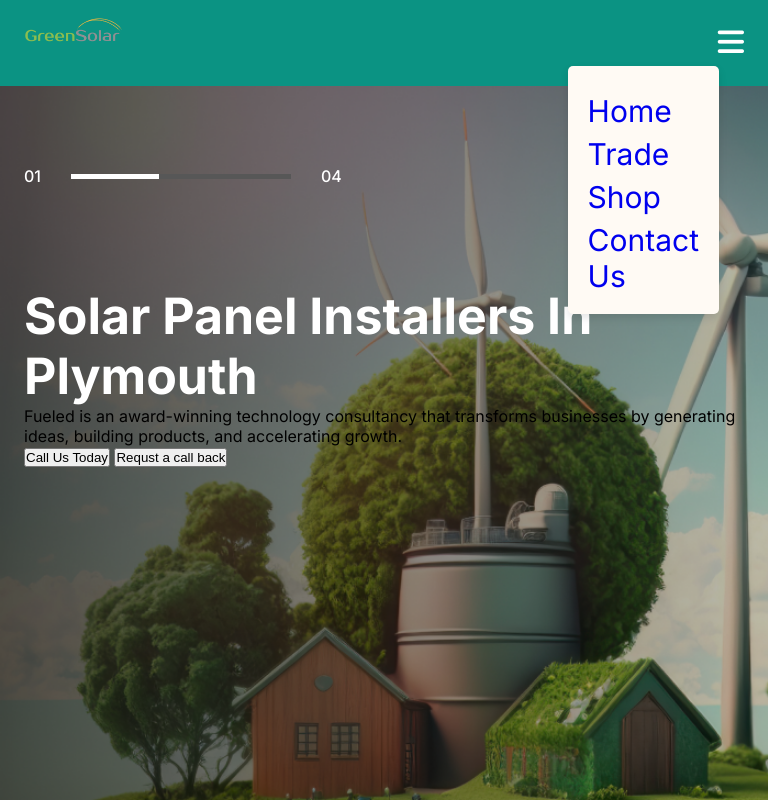
Repository: zeinawady/Solar-Company-Template
Page: index.html
An editor plug-in stored every save of this project. The page is shown before and after the next save, followed by the edit.
The browser window is 768 px wide. The pictures show the whole page.
The pointer rests on the first visible `.burger`.

Above is the page before, as saved 2024-09-17 17:17:23.

After the next save:
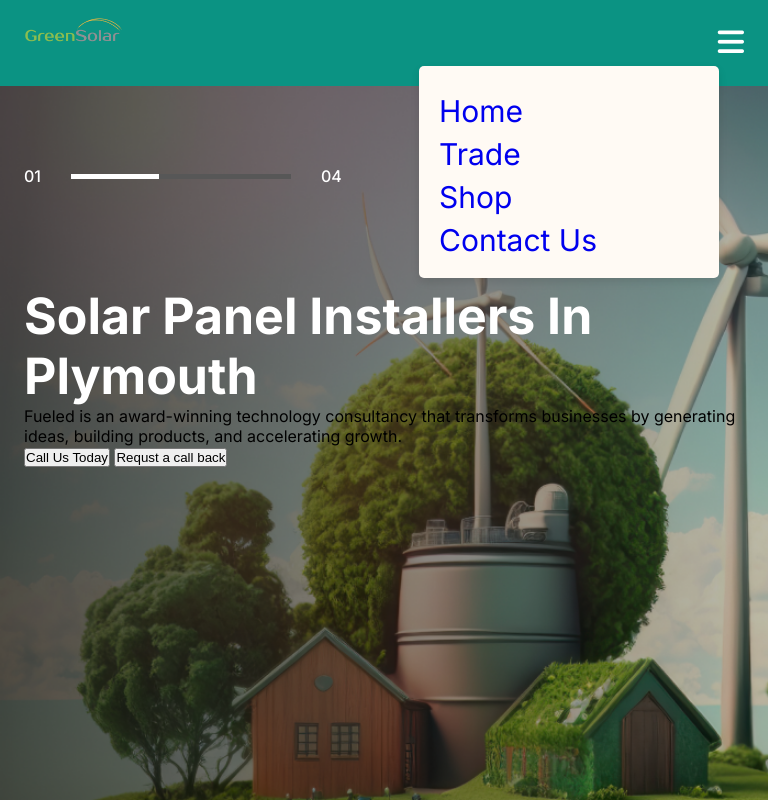
Saved 35 s later.
--- a/css/style.css
+++ b/css/style.css
@@ -104,6 +104,7 @@
         border-radius: 5px;
         padding: 20px;
         box-shadow: 0 4px 8px rgba(0, 0, 0, 0.1);
+        width: 300px;
     }
     .navHover li{
         padding-top: 7px;

After the save that followed:
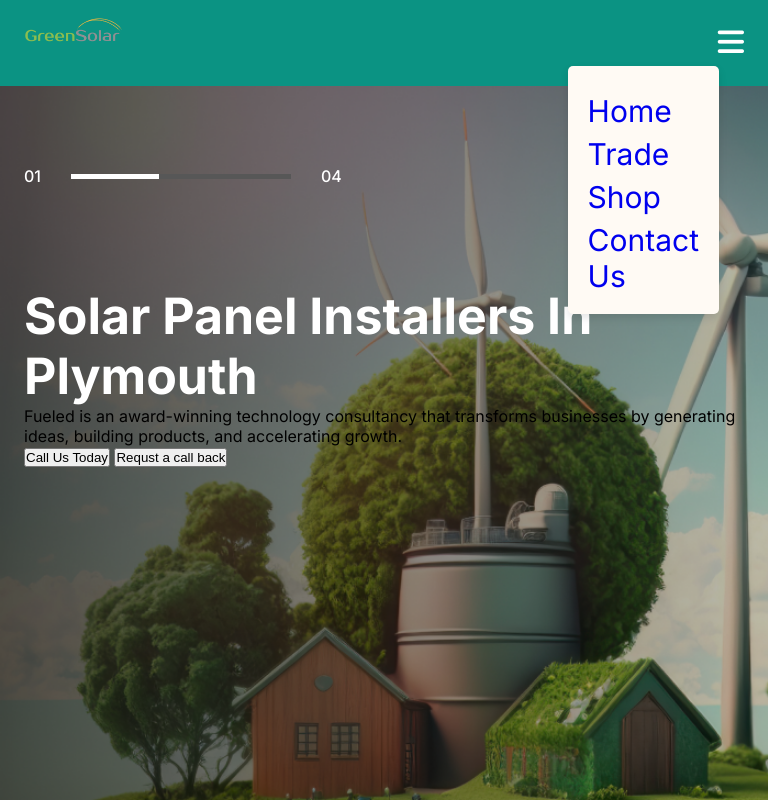
Saved 12 s later.
--- a/css/style.css
+++ b/css/style.css
@@ -104,7 +104,6 @@
         border-radius: 5px;
         padding: 20px;
         box-shadow: 0 4px 8px rgba(0, 0, 0, 0.1);
-        width: 300px;
     }
     .navHover li{
         padding-top: 7px;
